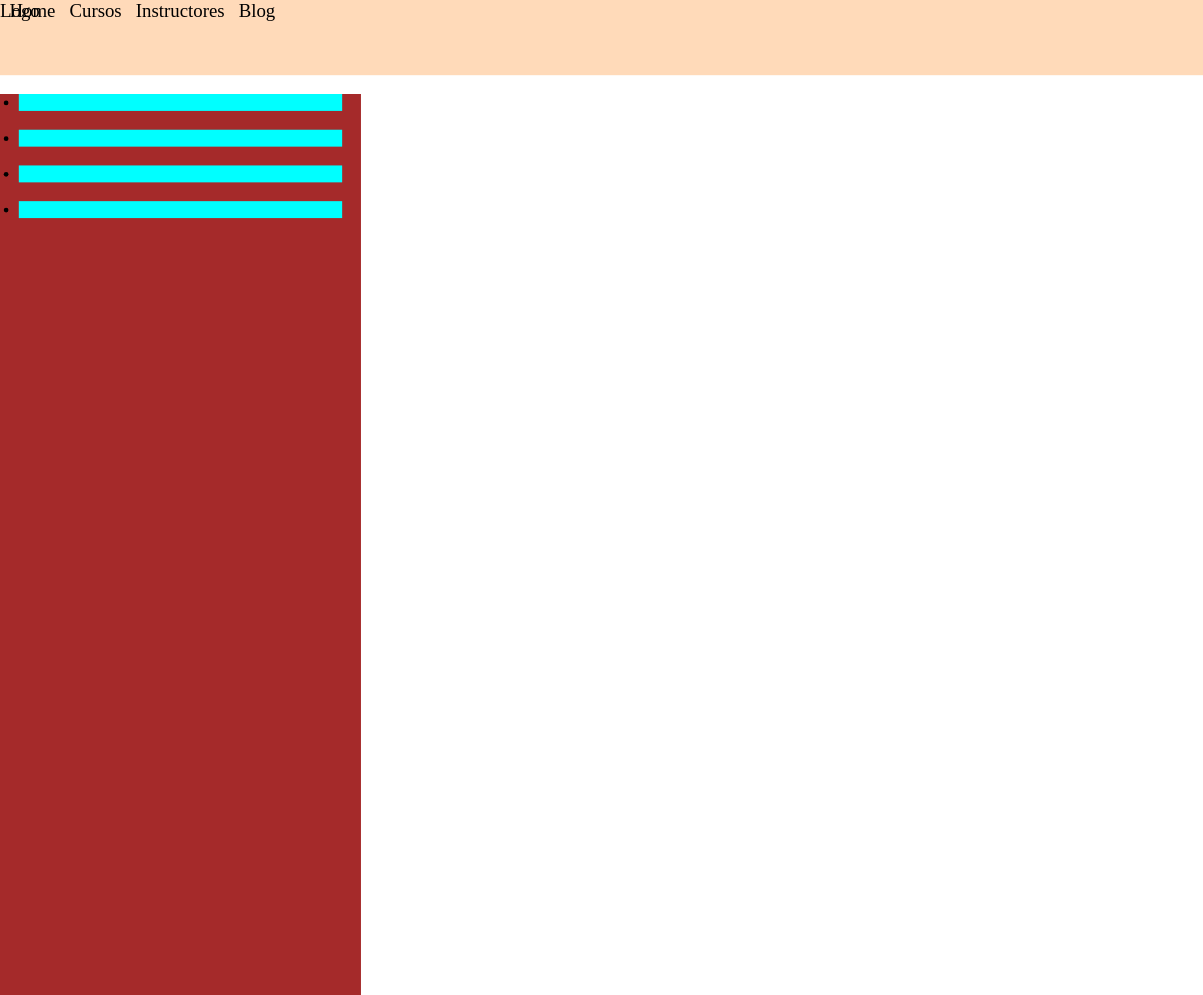
Repository: Daniel009980/daniel0099980
Page: desafiolayout1/index.html
These files come from the project's save history. The page is drawn as it stood at one moment and after the next save; the edit follows.
The browser window is 1280 px wide. The pictures show the whole page, at 94% of full size.

Above is the page before, as saved 2022-09-21 06:00:53.

### desafiolayout1/index.html
<!DOCTYPE html>
<html lang="en">
<head>
    <meta charset="UTF-8">
    <meta http-equiv="X-UA-Compatible" content="IE=edge">
    <meta name="viewport" content="width=device-width, initial-scale=1.0">
    <title>Desafio layout 1</title>
    <link rel="stylesheet" href="./style.css">
</head>
<body>
    <header class="cabeza">

    <p>Logo</p>
        <ul class="nav">
            <li>Home</li>
            <li>Cursos</li>
            <li>Instructores</li>
            <li>Blog</li>
        </ul>
    </header>
<section>
<ul class="ad">
    <li></li>
    <li></li>
    <li></li>
    <li></li>
</ul>
</section>
</body>
</html>

### desafiolayout1/style.css
*{
    box-sizing: border-box;
    margin: 0;
    padding: 0;
}

.nav li{
    display: inline-block;
    padding-left: 10px;
}

p{
    display: inline-block;
    font-size: 20px;
    position: absolute;
}

.cabeza{
    background-color: peachpuff;
    height: 80px;
    display: flex;
    justify-content: space-between;
}
.nav {
    list-style: none;
    font-size: 20px;
    text-align: right;
}


.ad li{
    background-color: aqua;
    margin: 20px;

}
section{
    width: 30%;

                   /* esto es para delimitar el tamaño del ancho de la seccionq ue estamos mandando a llamar */
    min-height: 959px;                  /* aqui le estamo diciendoa la seccion que su tamaño minimo sera de 500 pixeles pero si tiene mas contenido no deja de crecer hasta que el contenido termine de crecer y asi evitamos el overflow de contenido */
   background-color: brown;                       /* aqui significa que le agregue 0 de arriba y abajo pero que de los lados lo ajuste automaticamente por eso queda cemtrado */

}

After the next save:
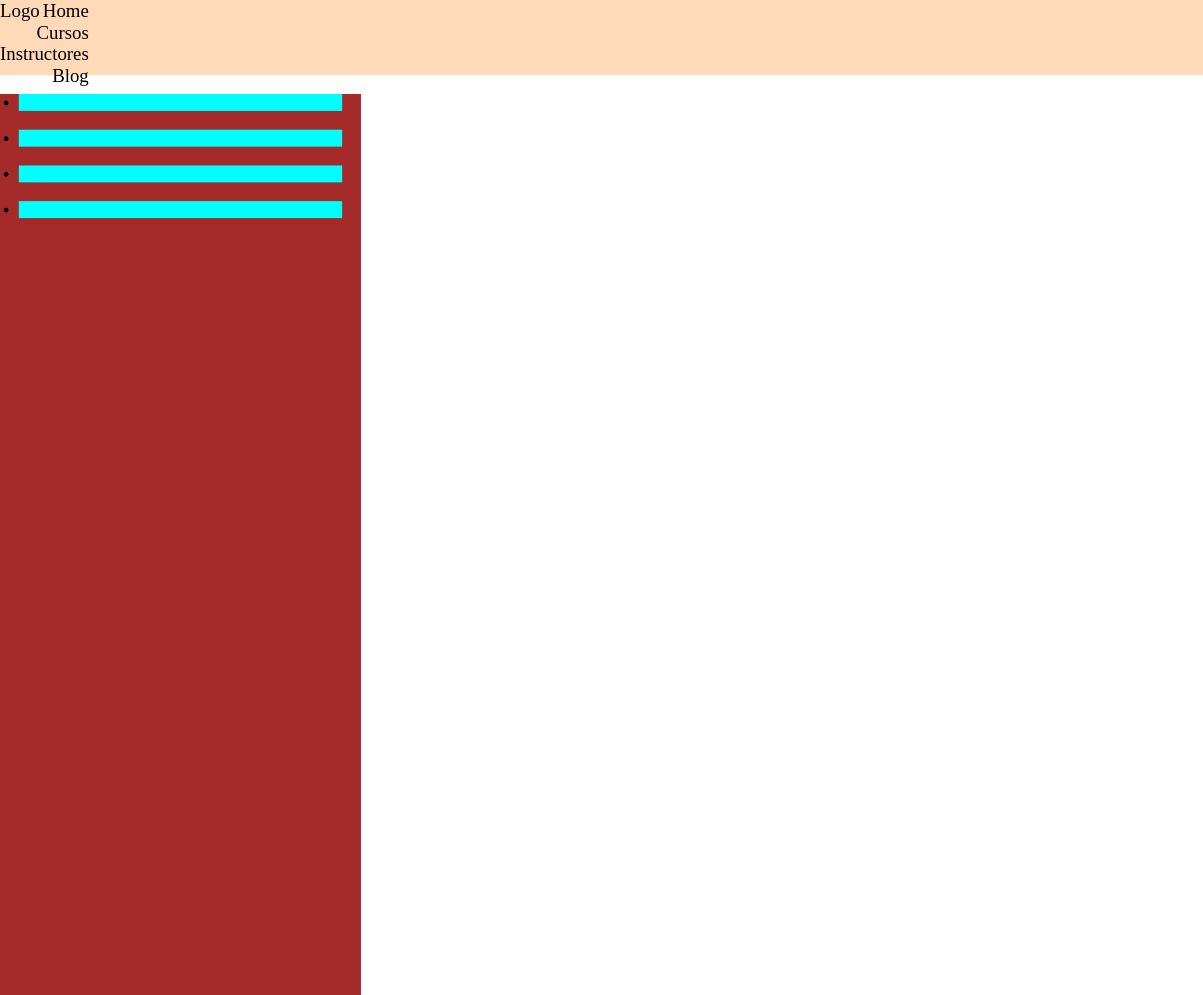
Saved 85 s later.
--- a/desafiolayout1/style.css
+++ b/desafiolayout1/style.css
@@ -4,10 +4,10 @@
     padding: 0;
 }
 
-.nav li{
+/* .nav li{
     display: inline-block;
     padding-left: 10px;
-}
+} */
 
 p{
     display: inline-block;
